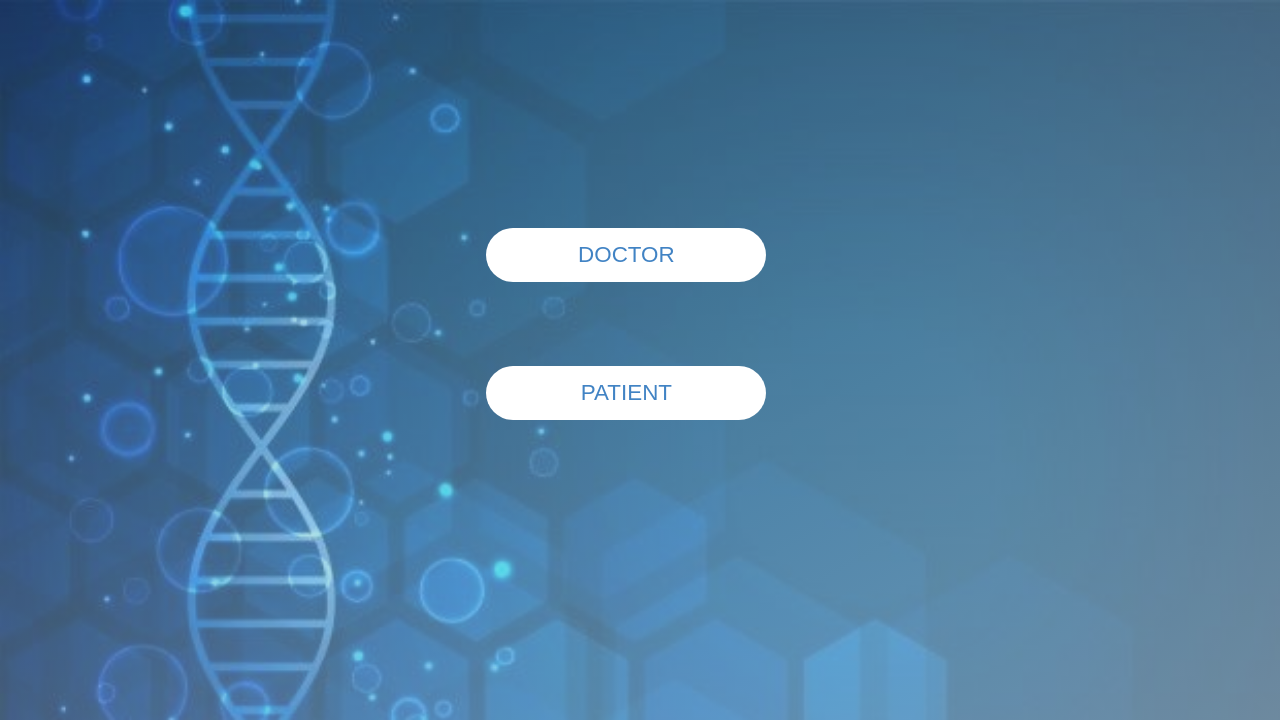
Repository: ajayaj2001/healthcare-digitization
Page: /doctorRegister
These files come from the project's save history. The page is drawn as it stood at one moment and after the next save; the edit follows.
The browser window is 1280 px wide. The pictures show the whole page.
The project was rebuilt for these pictures with package versions that can differ from the ones it lists, and the page was loaded fresh each time. Also part of the build but not shown: src/component/login/Login.scss, src/component/login/loginForm/LoginForm.scss, src/component/login/loginForm/LoginForm.js, src/component/login/Login.js, src/component/register/Register.scss, src/component/register/registerForm/RegisterForm.scss, src/component/register/registerForm/RegisterForm.js, src/component/register/Register.js and 2 more.

Above is the page before, as saved 2021-03-13 11:16:25.

After the next save:
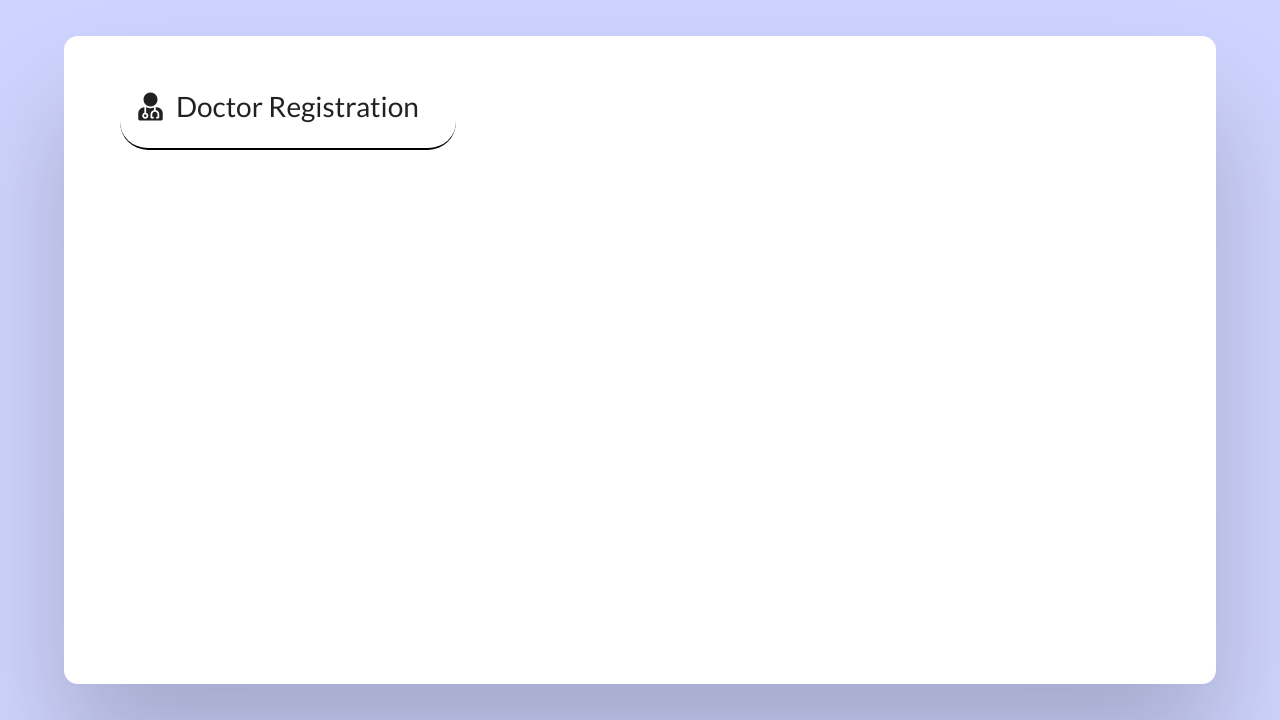
Saved 57 s later.
--- a/src/component/app/App.js
+++ b/src/component/app/App.js
@@ -4,7 +4,7 @@ import UserType from "../userType/UserType";
 import Login from '../login/Login';
 import Register from '../register/Register';
 import { BrowserRouter as Router,Route,Switch } from 'react-router-dom';
-import DoctorForm from '../doctorForm/DoctorForm';
+import DoctorRegister from '../doctorRegister/DoctorRegister';
 
 function App() {
   return (
@@ -16,8 +16,8 @@ function App() {
           <Route path="/register">
            <Register/>
           </Route>
-          <Route path="/doctorForm">
-            <DoctorForm/>
+          <Route path="/doctorRegister">
+            <DoctorRegister/>
           </Route>
           <Route path="/">
             <UserType/>
